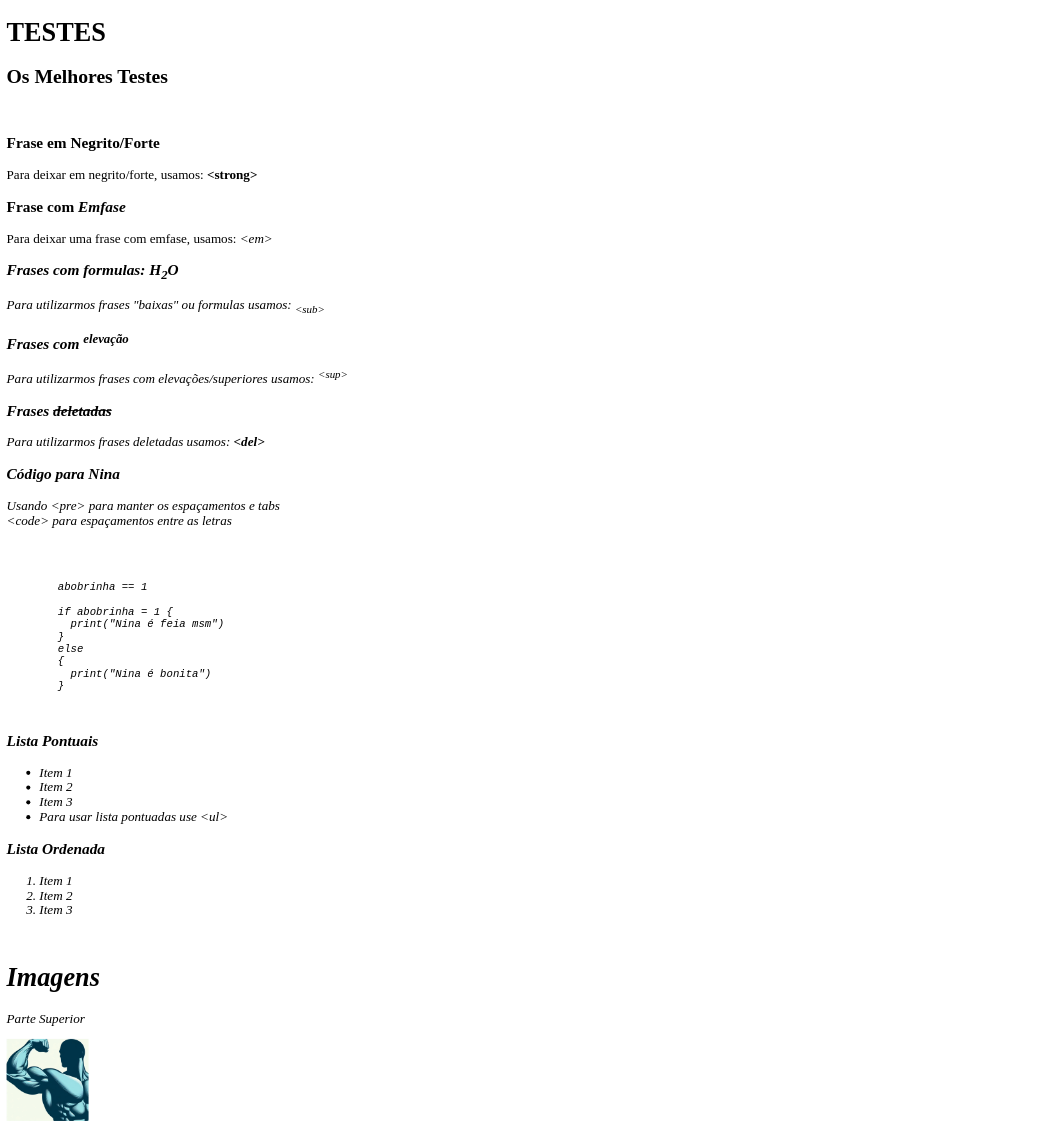
Repository: LuidyOn/Site_Forca_Total
Page: ForçaTotal/teste.html
These files come from the project's save history. The page is drawn as it stood at one moment and after a run of saves; the edit follows.
The browser window is 1280 px wide. The pictures show the whole page, at 82% of full size.

Above is the page before, as saved 2025-05-15 13:57:58.

### ForçaTotal/teste.html
<!DOCTYPE html>
<html lang="pt-br">
<head>
  <meta charset="UTF-8">
  <meta name="viewport" content="width=device-width, initial-scale=1.0">
  <link rel="shortcut icon" href="img/icons/logo.ico" type="image/x-icon">
  <title>Testes Força total</title>
</head>
<body>
<h1>TESTES</h1>
  <h2>Os Melhores Testes</h2>

  <p><br></p>

    <h3>Frase em <strong>Negrito/Forte</strong></h3>
    <p>Para deixar em negrito/forte, usamos: <strong>&lt;strong&gt;</strong> </p>

    <h3>Frase com <em>Emfase</em> </h3>
    <p>Para deixar uma frase com emfase, usamos: <em>&lt;em&gt;<em> </p>

    <h3>Frases com formulas: H<sub>2</sub>O </h3>
    <p>Para utilizarmos frases "baixas" ou formulas usamos: <sub>&lt;sub&gt;</sub></p>

    <h3>Frases com <sup>elevação</sup></h3>
    <p>Para utilizarmos frases com elevações/superiores usamos: <sup>&lt;sup&gt;</sup></p>

    <h3>Frases <del>deletadas</del></h3>
    <p>Para utilizarmos frases deletadas usamos: <strong>&lt;del&gt;</strong></p>


    <h3>Código para Nina</h3>
    <p>Usando &lt;pre&gt; para manter os espaçamentos e tabs <br> &lt;code&gt; para espaçamentos entre as letras</p>

  <p><br></p>

    <pre>
      <code>
        abobrinha == 1

        if abobrinha = 1 {
          print("Nina é feia msm")
        }
        else
        {
          print("Nina é bonita")
        }
      </code>
    </pre>

    <h3>Lista Pontuais</h3>
    <ul>
      <li>Item 1</li>
      <li>Item 2</li>
      <li>Item 3</li>
      <li>Para usar lista pontuadas use &lt;ul&gt;</li>
    </ul>

    <h3>Lista Ordenada</h3>
    <ol>
      <li>Item 1</li>
      <li>Item 2</li>
      <li>Item 3</li>
    </ol>

<p><br></p>

<h1>Imagens</h1>
  <p>Parte Superior</p>
<img src="img/parteSerior.png" alt="parte superior" style= "width: 100px; height: 100px;">
</body>
</html>

After the next 2 saves:
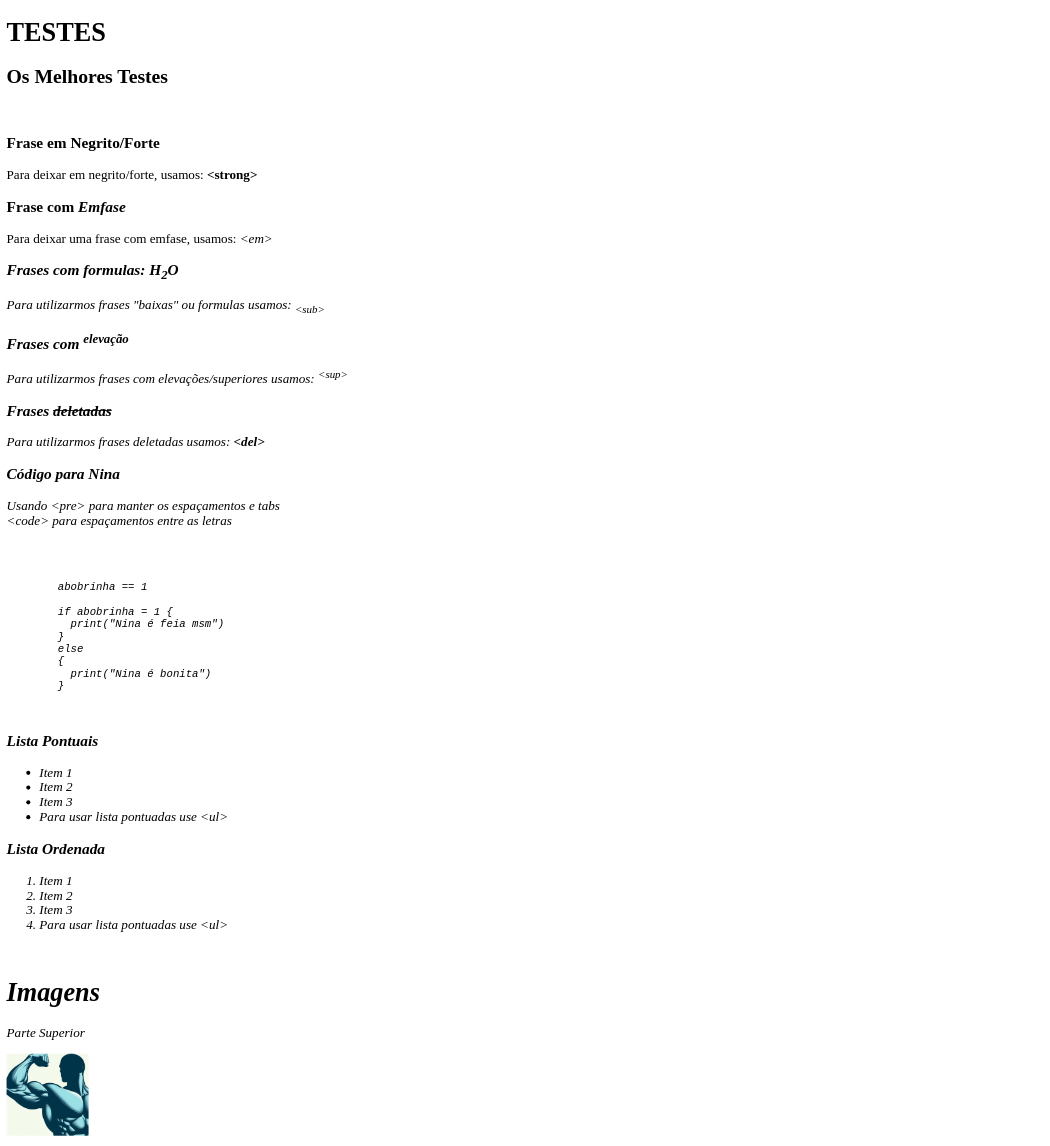
The 2 saves are shown as one change because they came seconds apart.
The last was saved 10 s later.
--- a/ForçaTotal/teste.html
+++ b/ForçaTotal/teste.html
@@ -60,6 +60,8 @@
       <li>Item 1</li>
       <li>Item 2</li>
       <li>Item 3</li>
+      <li>Para usar lista pontuadas use &lt;ul&gt;</li>
+
     </ol>
 
 <p><br></p>
